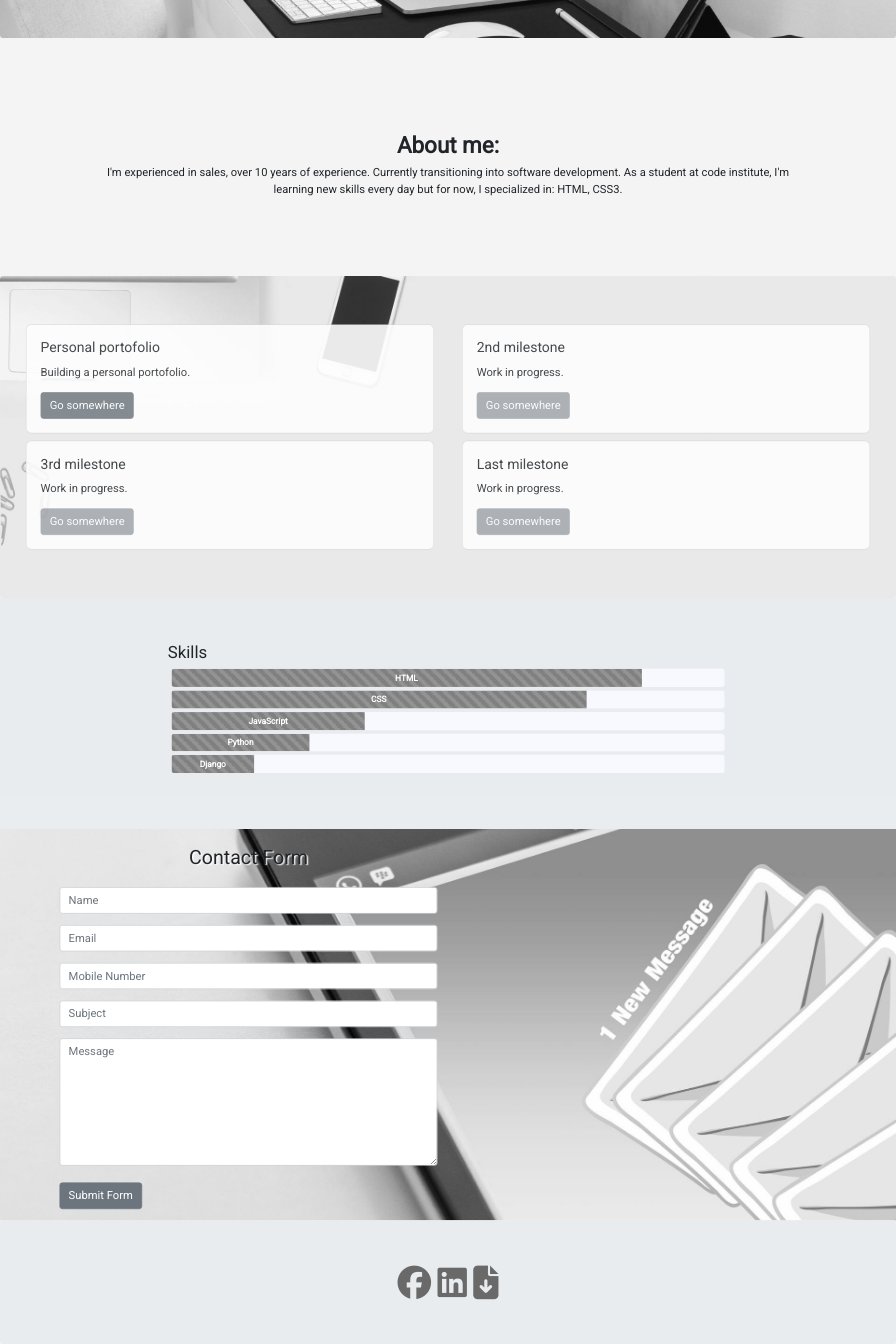
Repository: AlenKrga/milestone01
Page: index.html
The author's editor kept a record of every edit. The page is drawn from the files as they stood at one moment, then again after the next edit.
The browser window is 1280 px wide. The pictures show the part of the page from y = 666 to 2586 px (the page is 2586 px tall), at 70% of full size.
Backgrounds fixed to the window are drawn as part of the page. Some web libraries are served in a nearby version.

Above is the page before.

### index.html
<!DOCTYPE HTML>
<html lang="en-US">
  <head>
    <!-- Required meta tags -->
    <meta charset="utf-8">
    <meta name="viewport" content="width=device-width, initial-scale=1.0">
    <meta http-equiv="X-UA-Compatible" content="ie=edge">
    <!-- Bootstrap CSS -->
    <link rel="stylesheet" href="https://maxcdn.bootstrapcdn.com/bootstrap/4.0.0/css/bootstrap.min.css" integrity="sha384-Gn5384xqQ1aoWXA+058RXPxPg6fy4IWvTNh0E263XmFcJlSAwiGgFAW/dAiS6JXm" crossorigin="anonymous">
     <link href="assets/css/style.css" rel="stylesheet">

    <title>Alen Krga</title>
  </head>
  <body>
      <header>
       <!-- Navbar -->

    <nav class="navbar fixed-top navbar-expand-lg navbar-light bg-light navbar-default fixed-top">
        <div class="container">
            <a class="navbar-brand" href="#">AK</a>
            <button class="navbar-toggler navbar-toggler-right" type="button" data-toggle="collapse" data-target="#navbarResponsive" aria-controls="navbarResponsive" aria-expanded="false" aria-label="Toggle navigation">
            <span class="navbar-toggler-icon"></span>
          </button>
            <div class="collapse navbar-collapse" id="navbarResponsive">
                <ul class="navbar-nav ml-auto">
                    <li class="nav-item">
                        <a class="text-secondary" href="#">Home</a>
                    </li>
                    <li class="nav-item">
                        <a class="text-secondary" href="#about-me">About</a>
                    </li>
                    <li class="nav-item">
                        <a class="text-secondary" href="#work">Project</a>
                    </li>
                    <li class="nav-item">
                        <a class="text-secondary" href="#skills">Skills</a>
                    </li>
                    <li class="nav-item">
                        <a class="text-secondary" href="#contact">Contact</a>
                    </li>
                    <li class="nav-item">
                        <a class="text-secondary" href="#">CV</a>
                    </li>
                </ul>
            </div>
        </div>
    </nav>

    <!--End Navbar-->
         </header>
   <!-- Page Content -->
   <!-- Introduction -->

    <div class="container-fluid jumbotron" id="background-position1">

        <div class="introduction" id="home">
        <h1 class="text-center font-weight-bold">Alen Krga</h1>
        <p class="text-center font-weight-light">Full-Stack Software Developer</p>
        </div>
      </div>


    <!-- ABOUT ME -->

    <div class="container-fluid jumbotron bg-transparent">
        <div class="row justify-content-center">
        <div class="col-sm-10 col-lg-10">
        <div id="about-me">
        <h2 class="text-center font-weight-bold"> About me:</h2>
        <p class="text-center font-weight-light">I'm experienced in sales, over 10 years of experience.
Currently transitioning into software development.
As a student at code institute, I'm learning new skills every day
but for now, I specialized in: HTML, CSS3. </p>
        </div>
        </div>
        </div>
    </div>


    <!-- Work -->

    <div id="work">
    <div class="container-fluid jumbotron mb-0" id="background-position2">



  <div class="row">
  <div class="col-sm-6">
    <div class="card">
      <div class="card-body">
        <h5 class="card-title">Personal portofolio</h5>
        <p class="card-text">Building a personal portofolio.</p>
        <a href="#" class="btn btn-secondary">Go somewhere</a>
      </div>
    </div>
  </div>
  <div class="col-sm-6">
    <div class="card">
      <div class="card-body">
        <h5 class="card-title">2nd milestone</h5>
        <p class="card-text">Work in progress.</p>
        <a href="#" class="btn btn-secondary disabled">Go somewhere</a>
      </div>
    </div>
  </div>
</div>
  <div class="row">
  <div class="col-sm-6">
    <div class="card">
      <div class="card-body">
        <h5 class="card-title">3rd milestone</h5>
        <p class="card-text">Work in progress.</p>
        <a href="#" class="btn btn-secondary disabled">Go somewhere</a>
      </div>
    </div>
  </div>
  <div class="col-sm-6">
    <div class="card">
      <div class="card-body">
        <h5 class="card-title">Last milestone</h5>
        <p class="card-text">Work in progress.</p>
        <a href="#" class="btn btn-secondary disabled">Go somewhere</a>
      </div>
    </div>
  </div>
</div>
    </div>
      </div>

    <!-- My Progress -->
<div id="skills">

<div class="container-fluid jumbotron mb-0">
    <div class="row justify-content-center">
  <div class="col-sm-8">
    <h4>
        Skills
    </h4>
<div class="progress">
  <div class="progress-bar progress-bar-striped progress-bar-animated" role="progressbar" style="width: 85%" aria-valuenow="10" aria-valuemin="0" aria-valuemax="100">HTML</div>
</div>
<div class="progress">
  <div class="progress-bar progress-bar-striped progress-bar-animated" role="progressbar" style="width: 75%" aria-valuenow="25" aria-valuemin="0" aria-valuemax="100">CSS</div>
</div>
<div class="progress">
  <div class="progress-bar progress-bar-striped progress-bar-animated" role="progressbar" style="width: 35%" aria-valuenow="50" aria-valuemin="0" aria-valuemax="100">JavaScript</div>
</div>
<div class="progress">
  <div class="progress-bar progress-bar-striped progress-bar-animated" role="progressbar" style="width: 25%" aria-valuenow="75" aria-valuemin="0" aria-valuemax="100">Python</div>
</div>
<div class="progress">
  <div class="progress-bar progress-bar-striped progress-bar-animated" role="progressbar" style="width: 15%" aria-valuenow="100" aria-valuemin="0" aria-valuemax="100">Django</div>
</div>
</div>
</div>
    </div>
        </div>

<!-- contact me -->
<div id="contact">
    <div class="container">
        <div class="row">
            <div class="col-sm-12 col-lg-6 ">
                <div class="form-area">
                    <form role="form">
                        <br style="clear:both">
                            <h3>Contact Form</h3>
    				    <div class="form-group">
						<input type="text" class="form-control" id="name" name="name" placeholder="Name" required>
					   </div>
					   <div class="form-group">
						<input type="text" class="form-control" id="email" name="email" placeholder="Email" required>
					   </div>
					   <div class="form-group">
						<input type="text" class="form-control" id="mobile" name="mobile" placeholder="Mobile Number" required>
					   </div>
					   <div class="form-group">
						<input type="text" class="form-control" id="subject" name="subject" placeholder="Subject" required>
					   </div>
                        <div class="form-group">
                        <textarea class="form-control" type="textarea" id="message" placeholder="Message" maxlength="140" rows="7"></textarea>
                        <br>
                        <button type="button" id="submit" name="submit" class="btn btn-secondary pull-right">Submit Form</button>
                        </div>


                    </form>
                </div>
            </div>
        </div>
    </div>
</div>
 <!-- footer -->
<footer>
    <div class="container-fluid jumbotron mb-0">
        <div class="row justify-content-center">
            <div class="col-">
                <a href="https://www.facebook.com/" target="_blank"><i class="fab fa-facebook fa-3x"></i></a>
                <a href="https://www.linkedin.com/" target="_blank"><i class="fab fa-linkedin fa-3x"></i></a>
          <i class="fas fa-file-download fa-3x"></i>
        </div>
        </div>
    </div>


</footer>


    <!-- Optional JavaScript -->
    <!-- jQuery first, then Popper.js, then Bootstrap JS -->
    <script src="https://code.jquery.com/jquery-3.2.1.slim.min.js" integrity="sha384-KJ3o2DKtIkvYIK3UENzmM7KCkRr/rE9/Qpg6aAZGJwFDMVNA/GpGFF93hXpG5KkN" crossorigin="anonymous"></script>
    <script src="https://cdnjs.cloudflare.com/ajax/libs/popper.js/1.12.9/umd/popper.min.js" integrity="sha384-ApNbgh9B+Y1QKtv3Rn7W3mgPxhU9K/ScQsAP7hUibX39j7fakFPskvXusvfa0b4Q" crossorigin="anonymous"></script>
    <script src="https://maxcdn.bootstrapcdn.com/bootstrap/4.0.0/js/bootstrap.min.js" integrity="sha384-JZR6Spejh4U02d8jOt6vLEHfe/JQGiRRSQQxSfFWpi1MquVdAyjUar5+76PVCmYl" crossorigin="anonymous"></script>
    <script src="https://kit.fontawesome.com/89bab4cfa2.js"></script>
  </body>
</html>

### assets/css/style.css
@import url('https://fonts.googleapis.com/css?family=Roboto&display=swap');
/*smooth scrollbar*/
html {
  scroll-behavior: smooth;
}

body {
    margin: 0;
    padding: 0;
    background-color: #f4f4f4;
    font-family: 'Roboto', sans-serif;
}

/*links*/
a {
    padding-right: 5px;
}

/*border around introduction text*/
.introduction {
    background-color: #f5f5f5;
    border-radius: 8px;
    opacity: 0.90;
    box-shadow: 4px 9px 12px 0px rgba(0,0,0,0.18);
    transform: scale(1, 1.1);
}


/*background images*/
#background-position1 {
    background-image: url("../images/bg1.jpg");
    background-attachment: fixed;
    background-size: cover;
    background-position: center center;
    background-repeat: no-repeat;
    height: 100vh;
    margin-bottom: 0px;
    z-index: 1;
}

#background-position2 {
    background-image: url("../images/bg3.jpg");
    background-attachment: fixed;
    background-size: cover;
    background-position: center center;
    background-repeat: no-repeat;



}





#work {
    background-color: whitesmoke;
    border-radius: 8px;
    opacity: 0.90;




}


/*progres section format*/


.progress {
    margin: 5px;
    background-color: #f8f8ff;
    height: 17%;
    font-weight: bold;
}

.progress-bar {
    background-color: #808080;

}

.card {
    opacity: 0.90;
    border-radius: 8px;
    margin: 5px;
}



/*icons color and hover effect*/

.fa-facebook {
    color: #696969;

}

.fa-facebook:hover {
    color: #6699cc;
}


.fa-linkedin {
    color: #696969;
}

.fa-linkedin:hover {
    color: #6699cc;
}

.fa-file-download {
    color: #696969;
}

.fa-file-download:hover {
    color: #6699cc;
}



/*section skills*/
#skills {

    padding-bottom: 50px;
    background-color: #E9EDF0;
}

#about-me {
    padding-top: 70px
}

#home {
    margin-top: 250px;

}

/*h3 text format, added shadow for better visibility*/
h3 {
    margin-bottom: 25px;
    text-align: center;
    text-shadow: 2px 2px 2px #FFFFFF;

}



/*media querie to remove bg image on smaller screens*/
@media (min-width: 992px) {
    #contact {
        background-image: url('../images/bgemail.jpg');
        background-attachment: fixed;
        background-size: cover;
        background-position: center center;
        background-repeat: no-repeat;
    }
}

After the next edit:
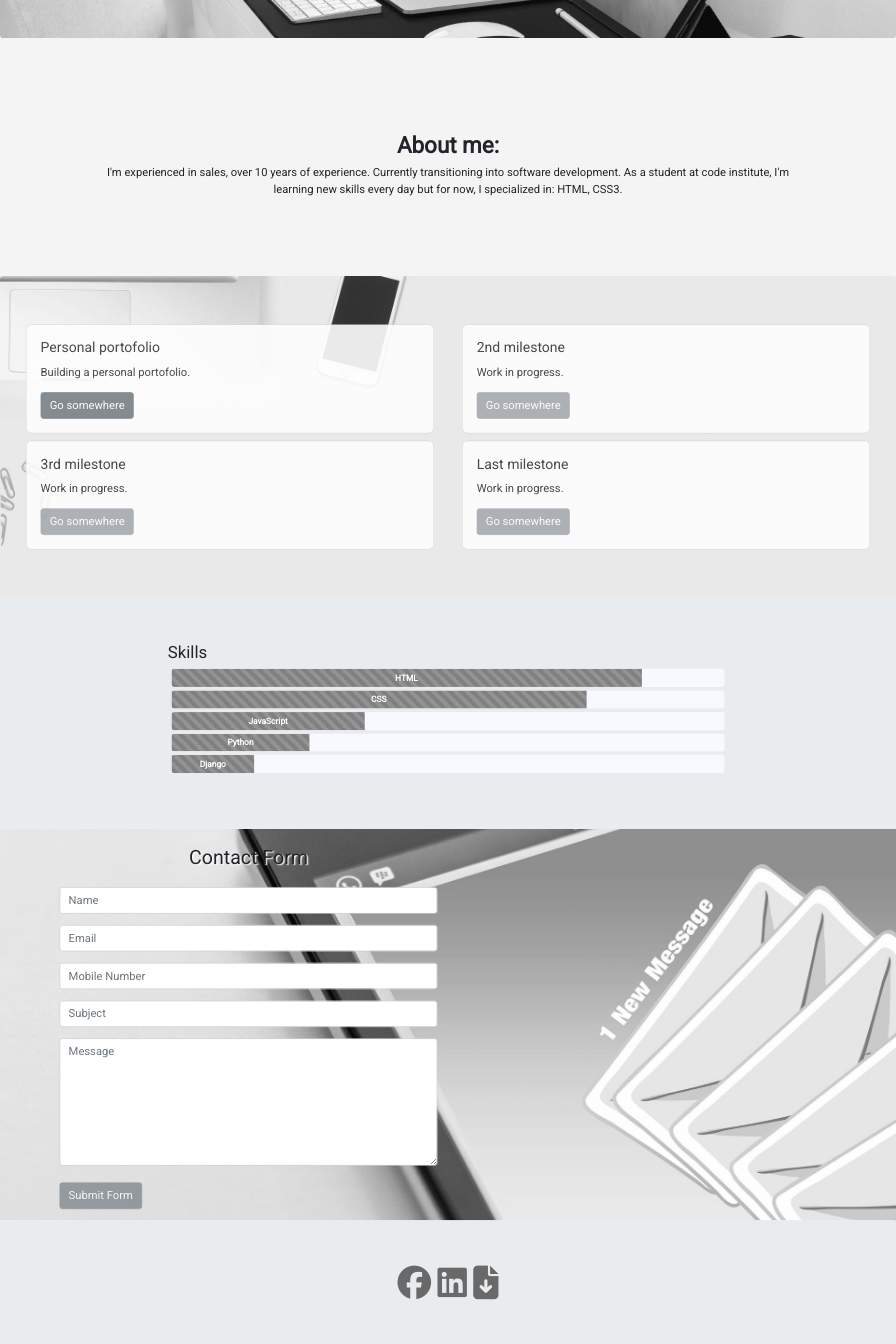
The edit:
--- a/index.html
+++ b/index.html
@@ -180,7 +180,7 @@
                         <div class="form-group">
                         <textarea class="form-control" type="textarea" id="message" placeholder="Message" maxlength="140" rows="7"></textarea>
                         <br>
-                        <button type="button" id="submit" name="submit" class="btn btn-secondary pull-right">Submit Form</button>
+                        <button type="button" id="submit" name="submit" class="btn btn-secondary pull-right disabled">Submit Form</button>
                         </div>
 
 
